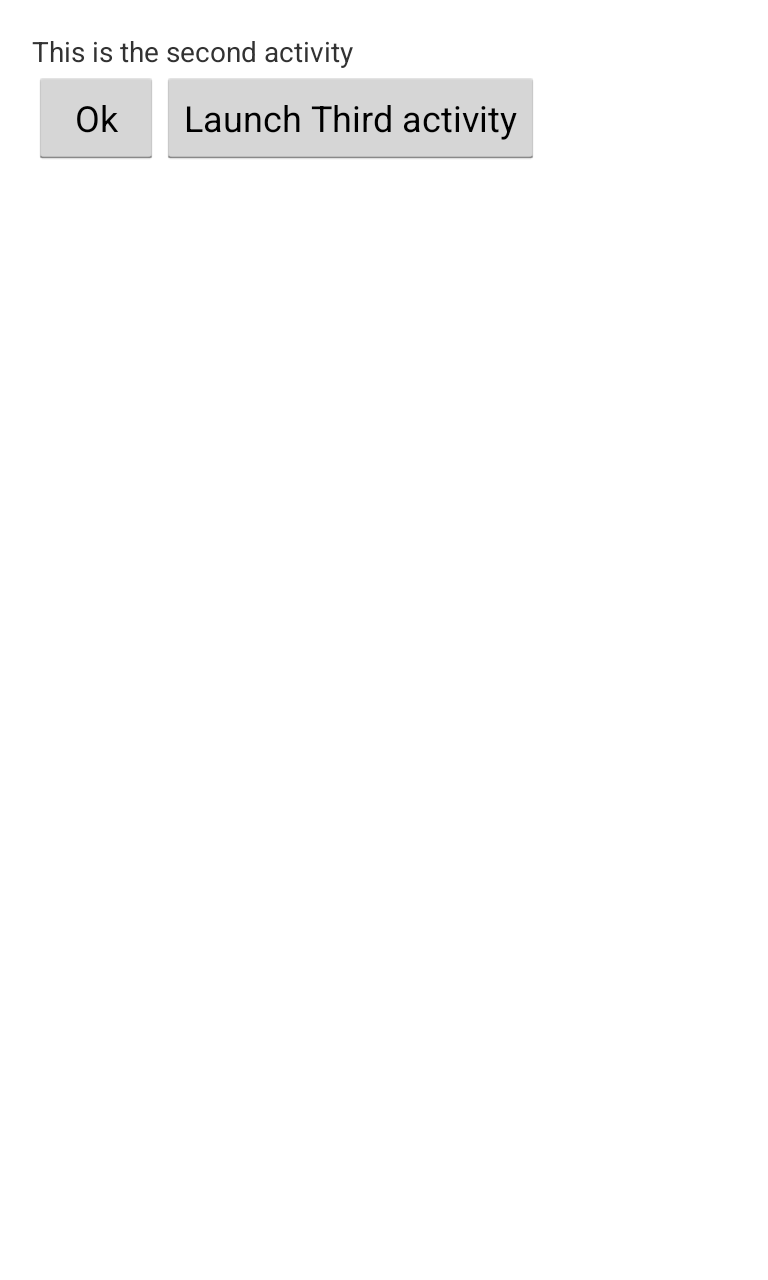
Repository: ericMedeiros93/Android-Dev
Layout: week5_intnet/res/layout/activity_second.xml
These files come from the project's save history. The layout is drawn as it stood at one moment and after the next save; the edit follows.
It is drawn on a 768 x 1280 px phone screen (xhdpi) without system bars, with theme AppTheme; the app's code is not run.

Above is the layout before, as saved 2014-10-01 16:33:24.

After the next save:
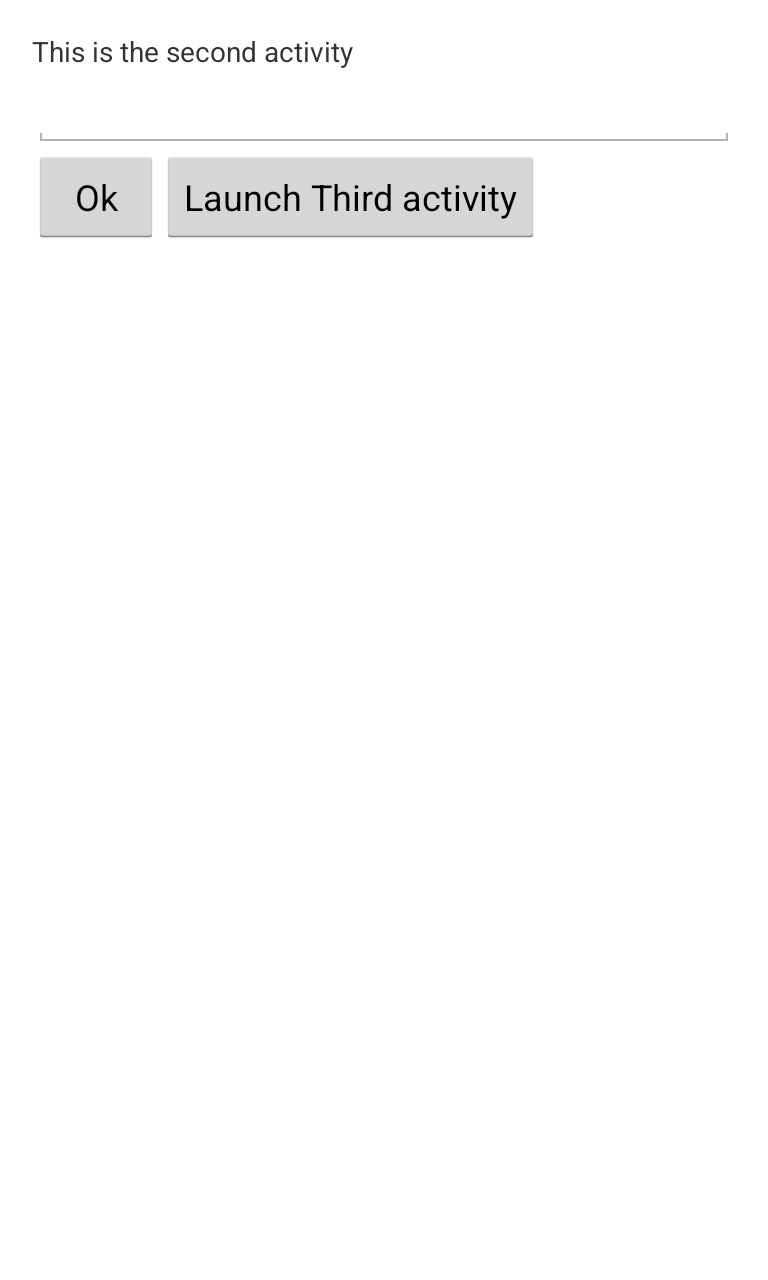
Saved 16 min 37 s later.
--- a/week5_intnet/res/layout/activity_second.xml
+++ b/week5_intnet/res/layout/activity_second.xml
@@ -14,6 +14,12 @@
         android:layout_width="wrap_content"
         android:layout_height="wrap_content"
         android:text="This is the second activity"/>
+    <EditText
+
+        android:id="@+id/edtEdit"
+        android:layout_width="match_parent"
+        android:layout_height="wrap_content"
+        />
     <LinearLayout
 
         android:layout_width="wrap_content"
